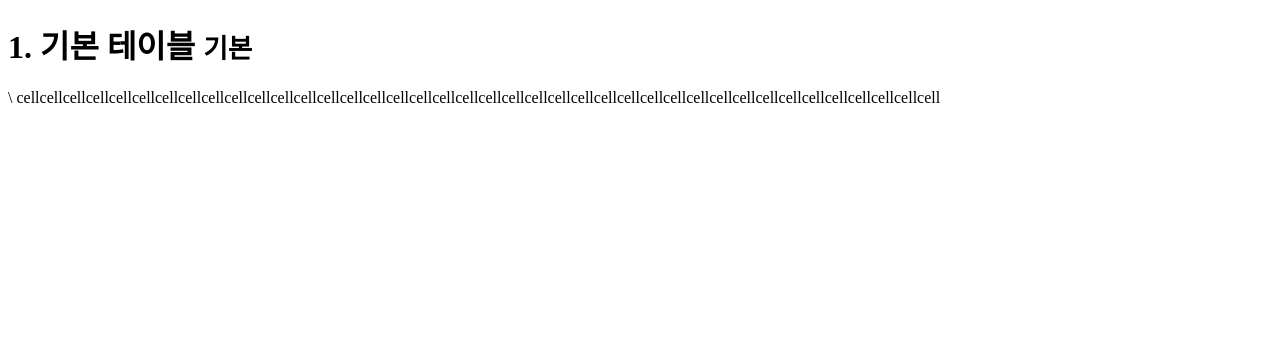
Repository: park-nahyun/BootstrapStudy
Page: BootstrapWork/WebContent/BootEx02.html
The author's editor kept a copy of each file at every save. The page is drawn from the files as they stood at one save, then again after the next save.
The browser window is 1280 px wide. The pictures show the whole page.

Above is the page before, as saved 2021-07-01 03:27:35.

After the next save:
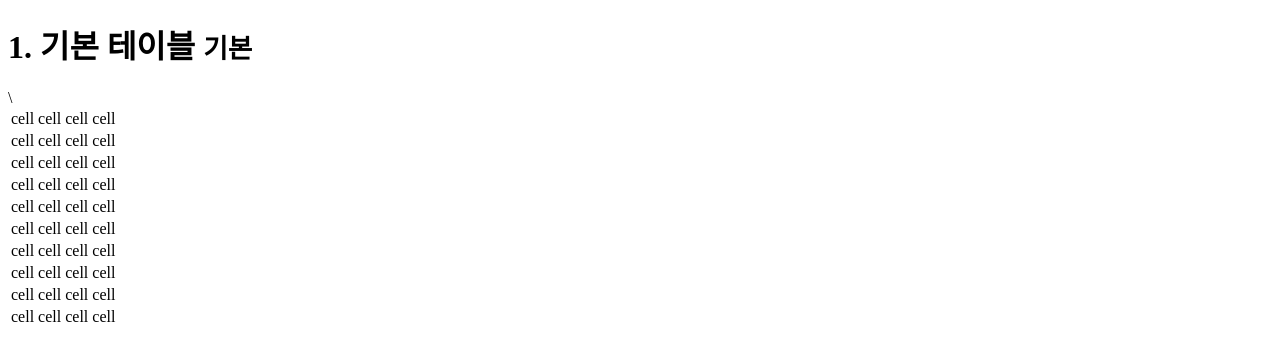
Saved 86 s later.
--- a/BootstrapWork/WebContent/BootEx02.html
+++ b/BootstrapWork/WebContent/BootEx02.html
@@ -4,49 +4,79 @@
 <meta charset="UTF-8">
 <title>BootEx02.html</title>
 
+<style type="text/css">
+	/*테이블 기본 서식 */
+
+	#table
+	{
+		width: 500px;
+		border: 1px; solid black;
+		border-collapse: collapse;
+	}
+</style>
 <h1>1. 기본 테이블 <small>기본</small></h1>\
-<!-- table>(trtd{cell}*4)*10 -->
+<!-- table>(tr>td{cell}*4)*10 -->
 <table>
-	<trtd>cell</trtd>
-	<trtd>cell</trtd>
-	<trtd>cell</trtd>
-	<trtd>cell</trtd>
-	<trtd>cell</trtd>
-	<trtd>cell</trtd>
-	<trtd>cell</trtd>
-	<trtd>cell</trtd>
-	<trtd>cell</trtd>
-	<trtd>cell</trtd>
-	<trtd>cell</trtd>
-	<trtd>cell</trtd>
-	<trtd>cell</trtd>
-	<trtd>cell</trtd>
-	<trtd>cell</trtd>
-	<trtd>cell</trtd>
-	<trtd>cell</trtd>
-	<trtd>cell</trtd>
-	<trtd>cell</trtd>
-	<trtd>cell</trtd>
-	<trtd>cell</trtd>
-	<trtd>cell</trtd>
-	<trtd>cell</trtd>
-	<trtd>cell</trtd>
-	<trtd>cell</trtd>
-	<trtd>cell</trtd>
-	<trtd>cell</trtd>
-	<trtd>cell</trtd>
-	<trtd>cell</trtd>
-	<trtd>cell</trtd>
-	<trtd>cell</trtd>
-	<trtd>cell</trtd>
-	<trtd>cell</trtd>
-	<trtd>cell</trtd>
-	<trtd>cell</trtd>
-	<trtd>cell</trtd>
-	<trtd>cell</trtd>
-	<trtd>cell</trtd>
-	<trtd>cell</trtd>
-	<trtd>cell</trtd>
+	<tr>
+		<td>cell</td>
+		<td>cell</td>
+		<td>cell</td>
+		<td>cell</td>
+	</tr>
+	<tr>
+		<td>cell</td>
+		<td>cell</td>
+		<td>cell</td>
+		<td>cell</td>
+	</tr>
+	<tr>
+		<td>cell</td>
+		<td>cell</td>
+		<td>cell</td>
+		<td>cell</td>
+	</tr>
+	<tr>
+		<td>cell</td>
+		<td>cell</td>
+		<td>cell</td>
+		<td>cell</td>
+	</tr>
+	<tr>
+		<td>cell</td>
+		<td>cell</td>
+		<td>cell</td>
+		<td>cell</td>
+	</tr>
+	<tr>
+		<td>cell</td>
+		<td>cell</td>
+		<td>cell</td>
+		<td>cell</td>
+	</tr>
+	<tr>
+		<td>cell</td>
+		<td>cell</td>
+		<td>cell</td>
+		<td>cell</td>
+	</tr>
+	<tr>
+		<td>cell</td>
+		<td>cell</td>
+		<td>cell</td>
+		<td>cell</td>
+	</tr>
+	<tr>
+		<td>cell</td>
+		<td>cell</td>
+		<td>cell</td>
+		<td>cell</td>
+	</tr>
+	<tr>
+		<td>cell</td>
+		<td>cell</td>
+		<td>cell</td>
+		<td>cell</td>
+	</tr>
 </table>
 </head>
 <body>
